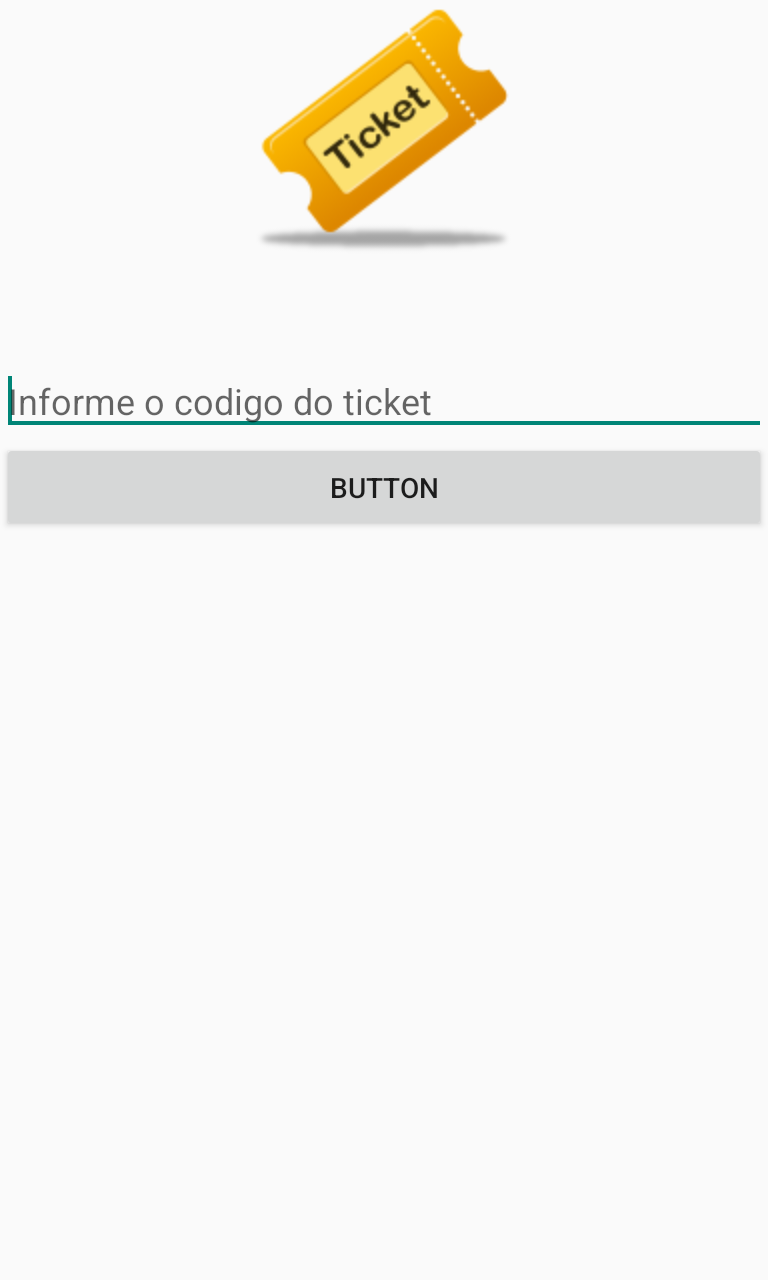
Repository: anzileiro/iot-mobilecup
Layout: iCinema/res/layout/activity_login.xml
An editor plug-in stored every save of this project. The layout is shown before and after the next save, followed by the edit.
It is drawn on a 768 x 1280 px phone screen (xhdpi) without system bars, with theme AppTheme; the app's code is not run.

Above is the layout before, as saved 2014-10-28 17:33:30.

### iCinema/res/layout/activity_login.xml
<LinearLayout xmlns:android="http://schemas.android.com/apk/res/android"
    android:layout_width="fill_parent"
    android:layout_height="fill_parent"
    android:orientation="vertical" >

    <ImageView
        android:layout_width="wrap_content"
        android:layout_height="wrap_content"
        android:layout_gravity="center"
        android:layout_marginBottom="50dp"
        android:src="@drawable/ticket" />

    <EditText
        android:id="@+id/editText1"
        android:layout_width="match_parent"
        android:layout_height="wrap_content"
        android:ems="10"
        android:hint="Informe o codigo do ticket">

        <requestFocus />
    </EditText>

    <Button
        android:id="@+id/btnValidarTicket"
        android:layout_width="match_parent"
        android:layout_height="wrap_content"
        android:text="Button" />

</LinearLayout>

Loaded but not shown: iCinema/res/values/styles.xml (common file); iCinema/res/values-v11/styles.xml (common file); iCinema/res/values-v14/styles.xml (common file)

After the next save:
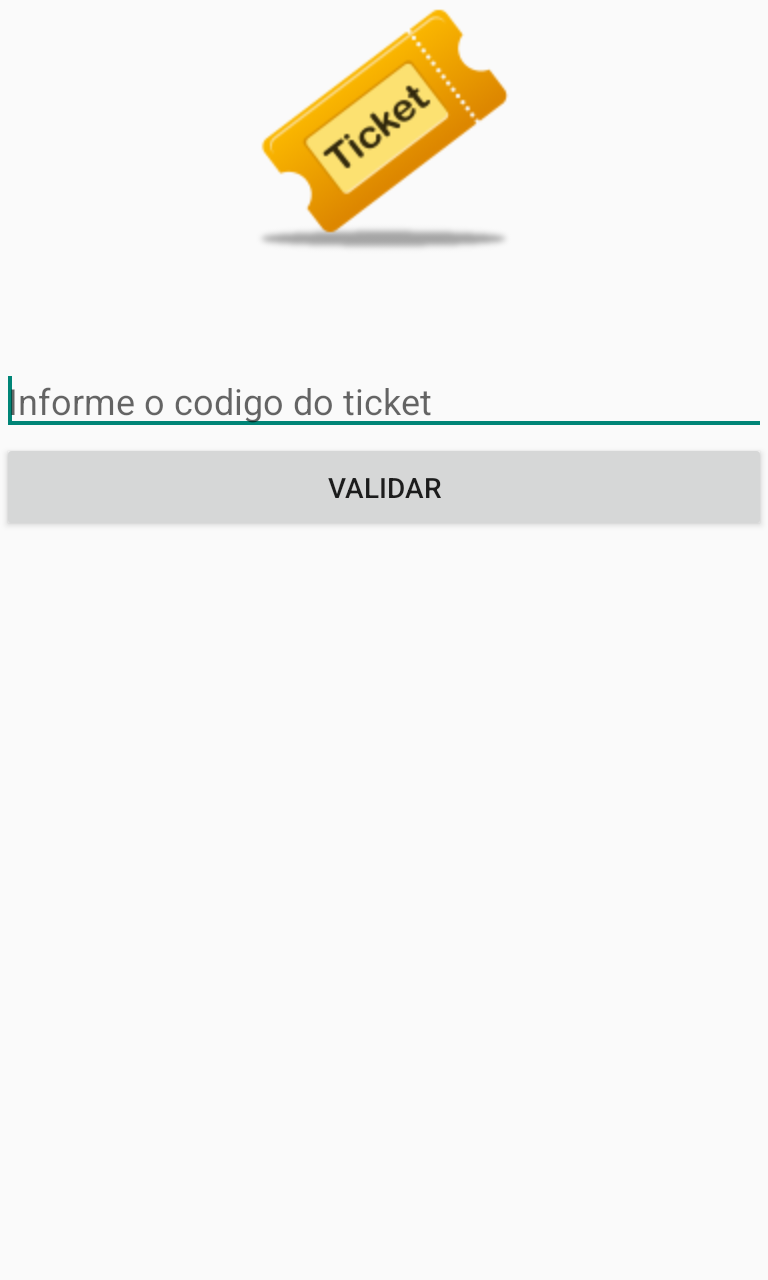
Saved 5 s later.
--- a/iCinema/res/layout/activity_login.xml
+++ b/iCinema/res/layout/activity_login.xml
@@ -24,6 +24,6 @@
         android:id="@+id/btnValidarTicket"
         android:layout_width="match_parent"
         android:layout_height="wrap_content"
-        android:text="Button" />
+        android:text="Validar" />
 
 </LinearLayout>
